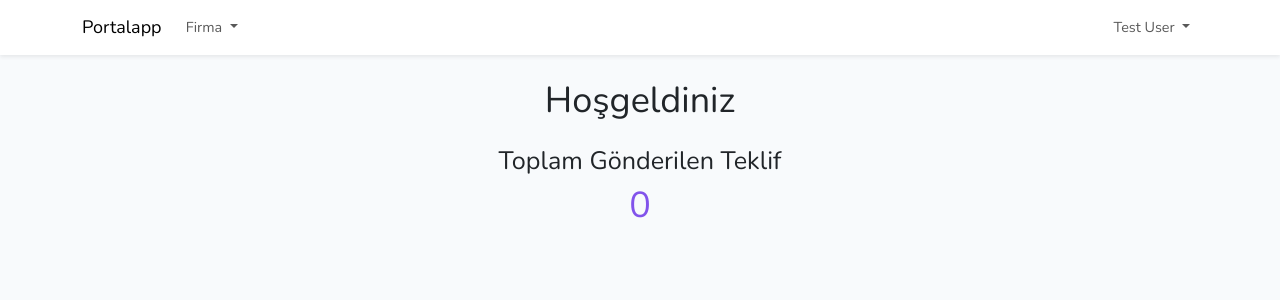
Repository: oguzhansade/portalapp
Page: http://localhost/
These files come from the project's save history. The page is drawn as it stood at one moment and after the next save; the edit follows.
The browser window is 1280 px wide. The pictures show the whole page.
The page is served by the project's Laravel application, run on PHP 8.4 with Laravel 9. A made-up administrator, Test User (test@example.com), is signed in. Other server files are loaded and not shown. Style sheets and scripts are compiled from the project's sources, by tool versions that may differ from the author's. Queries for data that is not in the repository find no rows.

Above is the page before, as saved 2023-06-22 22:02:38.

### routes/web.php
<?php

use Illuminate\Support\Facades\Route;
use Illuminate\Support\Facades\Auth;

/*
|--------------------------------------------------------------------------
| Web Routes
|--------------------------------------------------------------------------
|
| Here is where you can register web routes for your application. These
| routes are loaded by the RouteServiceProvider within a group which
| contains the "web" middleware group. Now create something great!
|
*/
Route::get('/', function () {
    return view('welcome');
});
Route::get('/schnellanform', [App\Http\Controllers\front\formcraft\FormCraftController::class, 'handleSchnellanfrageForm'])->name('handleSchnellanfrageForm');
Route::get('/privatumzugform', [App\Http\Controllers\front\formcraft\FormCraftController::class, 'handlePrivatumzugForm'])->name('handlePrivatumzugForm');
Route::get('/kontaktform', [App\Http\Controllers\front\formcraft\FormCraftController::class, 'handleKontaktForm'])->name('handleKontaktForm');
Route::get('/reinigungform', [App\Http\Controllers\front\formcraft\FormCraftController::class, 'handleReinigungForm'])->name('handleReinigungForm');
Route::get('/firmenform', [App\Http\Controllers\front\formcraft\FormCraftController::class, 'handleFirmenForm'])->name('handleFirmenForm');
Route::get('/mailTester', [App\Http\Controllers\front\formcraft\FormCraftController::class, 'mailTester'])->name('mailTester');
Auth::routes();


Route::group(['namespace' => 'front', 'middleware' => ['auth']], function () {
    Route::group(['namespace' => 'home', 'as' => 'home.'], function () {
        Route::get('/', [App\Http\Controllers\front\home\indexController::class, 'index'])->name('index');
    });
    Route::group(['namespace' => 'firma', 'as' => 'firma.','prefix' => 'firma'], function () {
        Route::get('/', [App\Http\Controllers\front\firma\indexController::class, 'index'])->name('index');
        Route::get('/create', [App\Http\Controllers\front\firma\indexController::class, 'create'])->name('create');
        Route::post('/create', [App\Http\Controllers\front\firma\indexController::class, 'store'])->name('store');
        Route::get('/detail/{id}', [App\Http\Controllers\front\firma\indexController::class, 'detail'])->name('detail');
        Route::get('/edit/{id}', [App\Http\Controllers\front\firma\indexController::class, 'edit'])->name('edit');
        Route::post('/edit/{id}', [App\Http\Controllers\front\firma\indexController::class, 'update'])->name('update');
        Route::get('/delete/{id}', [App\Http\Controllers\front\firma\indexController::class, 'delete'])->name('delete');
        Route::post('/data', [App\Http\Controllers\front\firma\indexController::class, 'data'])->name('data');
        Route::post('/recordData/{id}', [App\Http\Controllers\front\firma\indexController::class, 'recordData'])->name('recordData');
    });
});



Route::get('/home', [App\Http\Controllers\HomeController::class, 'index'])->name('home');

### app/Http/Controllers/front/home/indexController.php
<?php

namespace App\Http\Controllers\front\home;

use App\Http\Controllers\Controller;
use Illuminate\Http\Request;

class indexController extends Controller
{
    public function index()
    {
        return view('front.home.index');
    }
}

### resources/views/front/home/index.blade.php
@extends('layouts.app')
@section('content')
    <div class="container">
        <div class="row">
            <div class="col-md-12 d-flex justify-content-center">
                <h1>Hoşgeldiniz</h1>
            </div>
        </div>
        <div class="row mt-3">
            <div class="col-md-12 d-flex justify-content-center">
                <h3>Toplam Gönderilen Teklif</h3><br>

            </div>
        </div>
        <div class="row">
            <div class="col-md-12 d-flex justify-content-center">
                <strong style="color:#8253eb;" class="h1">{{ \App\Models\OfferFirma::getOfferTotal() }}</strong>
            </div>
        </div>
    </div>
@endsection

### app/Models/OfferFirma.php
<?php

namespace App\Models;

use Illuminate\Database\Eloquent\Factories\HasFactory;
use Illuminate\Database\Eloquent\Model;

class OfferFirma extends Model
{
    protected $fillable = [
        'offerId',
        'firmaId',
        'type'
    ];
    use HasFactory;

    static function getOfferTotal()
    {
        $countRecord = OfferFirma::count();
        return $countRecord;
    }
}

### resources/views/layouts/app.blade.php
<!doctype html>
<html lang="{{ str_replace('_', '-', app()->getLocale()) }}">
<head>
    <meta charset="utf-8">
    <meta name="viewport" content="width=device-width, initial-scale=1">

    <!-- CSRF Token -->
    <meta name="csrf-token" content="{{ csrf_token() }}">

    <title>{{ config('app.name', 'Laravel') }}</title>

    <!-- Fonts -->
    <link rel="dns-prefetch" href="//fonts.bunny.net">
    <link href="https://fonts.bunny.net/css?family=Nunito" rel="stylesheet">
    <link href="{{ asset('assets/vendors/material-icons/material-icons.css') }}" rel="stylesheet" type="text/css">
    <link href="{{ asset('assets/vendors/mono-social-icons/monosocialiconsfont.css') }}" rel="stylesheet" type="text/css">
    <link href="{{ asset('assets/vendors/feather-icons/feather.css') }}" rel="stylesheet" type="text/css">

    <!-- Scripts -->
    @vite(['resources/sass/app.scss', 'resources/js/app.js'])
    @yield('header')
</head>
<body>
    <div id="app">
        <nav class="navbar navbar-expand-md navbar-light bg-white shadow-sm">
            <div class="container">
                <a class="navbar-brand" href="{{ url('/') }}">
                    {{ config('app.name', 'Laravel') }}
                </a>
                <button class="navbar-toggler" type="button" data-bs-toggle="collapse" data-bs-target="#navbarSupportedContent" aria-controls="navbarSupportedContent" aria-expanded="false" aria-label="{{ __('Toggle navigation') }}">
                    <span class="navbar-toggler-icon"></span>
                </button>

                <div class="collapse navbar-collapse" id="navbarSupportedContent">
                    <!-- Left Side Of Navbar -->
                    <ul class="navbar-nav me-auto">
                        <li class="nav-item dropdown">
                            <a id="navbarDropdown" class="nav-link dropdown-toggle" href="#" role="button" data-bs-toggle="dropdown" aria-haspopup="true" aria-expanded="false" v-pre>
                                Firma
                            </a>

                            <div class="dropdown-menu" aria-labelledby="navbarDropdown">
                                <a class="dropdown-item" href="{{ route('firma.index') }}">
                                    Firma Listesi
                                </a>
                                <a class="dropdown-item" href="{{ route('firma.create') }}">
                                    Firma Ekle
                                </a>
                            </div>
                        </li>
                    </ul>

                    <!-- Right Side Of Navbar -->
                    <ul class="navbar-nav ms-auto">
                        <!-- Authentication Links -->
                        @guest
                            @if (Route::has('login'))
                                <li class="nav-item">
                                    <a class="nav-link" href="{{ route('login') }}">{{ __('Login') }}</a>
                                </li>
                            @endif

                            @if (Route::has('register'))
                                <li class="nav-item">
                                    <a class="nav-link" href="{{ route('register') }}">{{ __('Register') }}</a>
                                </li>
                            @endif
                        @else
                            <li class="nav-item dropdown">
                                <a id="navbarDropdown" class="nav-link dropdown-toggle" href="#" role="button" data-bs-toggle="dropdown" aria-haspopup="true" aria-expanded="false" v-pre>
                                    {{ Auth::user()->name }}
                                </a>

                                <div class="dropdown-menu dropdown-menu-end" aria-labelledby="navbarDropdown">
                                    <a class="dropdown-item" href="{{ route('logout') }}"
                                       onclick="event.preventDefault();
                                                     document.getElementById('logout-form').submit();">
                                        {{ __('Logout') }}
                                    </a>

                                    <form id="logout-form" action="{{ route('logout') }}" method="POST" class="d-none">
                                        @csrf
                                    </form>
                                </div>
                            </li>
                        @endguest
                    </ul>
                </div>
            </div>
        </nav>

        <main class="py-4">
            @yield('content')
        </main>
    </div>
    <script src="https://code.jquery.com/jquery-3.6.0.min.js"></script>
    @yield('footer')
</body>
</html>

Loaded but not shown: app/Http/Controllers/Auth/ConfirmPasswordController.php (common file); app/Http/Controllers/Controller.php (common file); app/Models/User.php (common file); public/assets/vendors/material-icons/material-icons.css (common file); public/assets/vendors/mono-social-icons/monosocialiconsfont.css (common file); public/assets/vendors/feather-icons/feather.css (library); resources/sass/app.scss (common file); resources/sass/_variables.scss (common file)

After the next save:
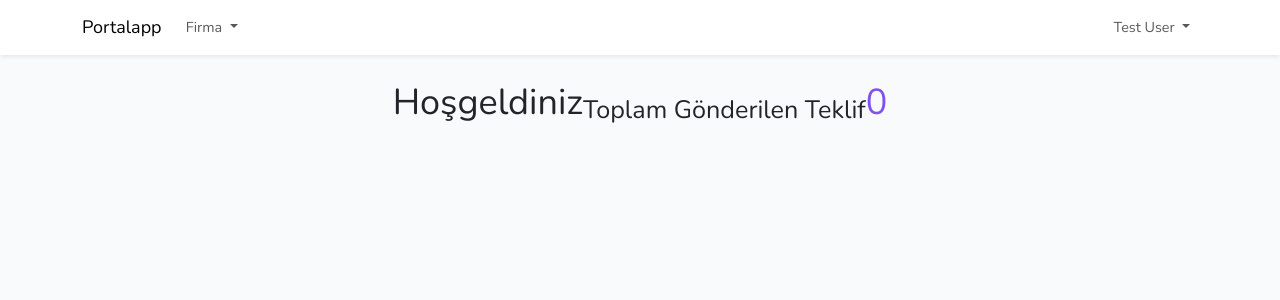
Saved 15 s later.
--- a/resources/views/front/home/index.blade.php
+++ b/resources/views/front/home/index.blade.php
@@ -1,6 +1,6 @@
 @extends('layouts.app')
 @section('content')
-    <div class="container">
+    <div class="container d-flex justify-content-center align-items-center">
         <div class="row">
             <div class="col-md-12 d-flex justify-content-center">
                 <h1>Hoşgeldiniz</h1>

After the save that followed:
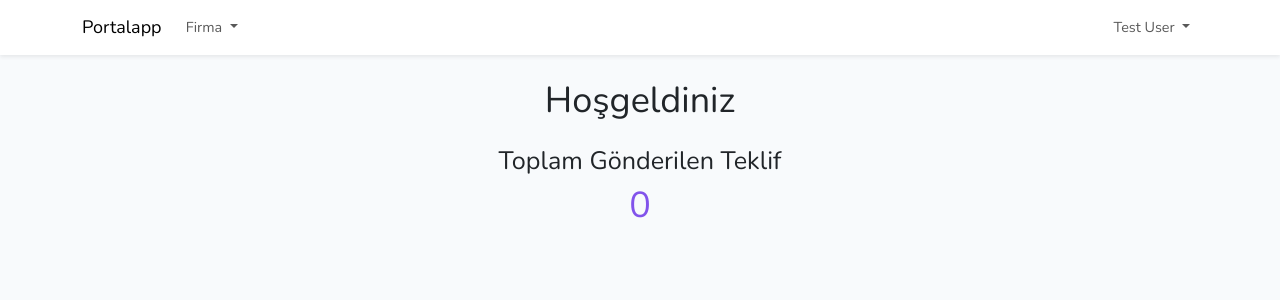
Saved 6 s later.
--- a/resources/views/front/home/index.blade.php
+++ b/resources/views/front/home/index.blade.php
@@ -1,6 +1,6 @@
 @extends('layouts.app')
 @section('content')
-    <div class="container d-flex justify-content-center align-items-center">
+    <div class="container">
         <div class="row">
             <div class="col-md-12 d-flex justify-content-center">
                 <h1>Hoşgeldiniz</h1>
